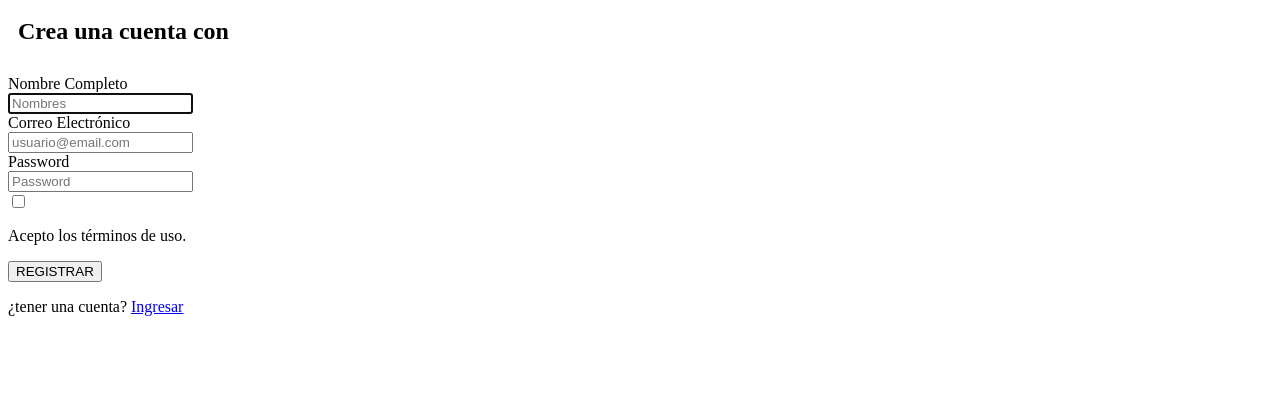
Repository: elrodriguez/trueque
Page: resources/views/livewire/auth/register.blade.php
These files come from the project's save history. The page is drawn as it stood at one moment and after the next save; the edit follows.
The browser window is 1280 px wide. The pictures show the whole page.
The page is served by the project's Laravel application, run on PHP 8.4 with Laravel 8. Other server files are loaded and not shown. The template is opened directly, without the code that normally fills it, so the values that code supplies are empty.

Above is the page before, as saved 2021-04-11 10:57:05.

### routes/web.php
<?php

use Illuminate\Support\Facades\Route;

/*
|--------------------------------------------------------------------------
| Web Routes
|--------------------------------------------------------------------------
|
| Here is where you can register web routes for your application. These
| routes are loaded by the RouteServiceProvider within a group which
| contains the "web" middleware group. Now create something great!
|
*/

Route::get('/', function () {
    return view('home.main');
});

Route::get('/login', function () {
    return view('auth.public-login');
})->name('login');
Route::get('/register', function () {
    return view('auth.public-register');
})->name('register');

Route::middleware(['auth:sanctum', 'verified'])->get('/dashboard', function () {
    return view('dashboard');
})->name('dashboard');

### resources/views/livewire/auth/register.blade.php
<div>
    <section class="login-registration-wrapper pt-50 pb-50">
        <div class="container">

            <div class="row justify-content-center">
                <div class="col-xl-5 col-lg-10">
                   <div class="login-registration-style-2 mt-50">
                       <h1 class="heading-4 font-weight-500 title primary-btn" style="padding: 10px;"><i class="mdi mdi-account-plus"></i> Crea una cuenta con</h1>
                       <div class="login-registration-form pt-10">
                           <form method="POST" action="{{ route('register') }}">
                                @csrf
                               <div class="single-form form-default form-border">
                                    <label>Nombre Completo</label>
                                    <div class="row">
                                        <div class="col-sm-12">
                                            <div class="form-input">
                                                <input type="text" placeholder="Nombres" id="name" name="name" :value="old('name')" required autofocus autocomplete="name">
                                                <i class="mdi mdi-account"></i>
                                            </div>
                                        </div>
                                        <!--div class="col-sm-6">
                                            <div class="form-input form">
                                                <input type="text" placeholder="Apellidos">
                                            </div>
                                        </div-->
                                    </div>
                                </div>
                               <div class="single-form form-default form-border">
                                    <label>Correo Electrónico</label>
                                    <div class="form-input">
                                        <input type="email" placeholder="usuario@email.com" id="email" name="email" :value="old('email')" required>
                                        <i class="mdi mdi-email"></i>
                                    </div>
                                </div>
                                <div class="single-form form-default form-border">
                                    <label>Password</label>
                                    <div class="form-input">
                                        <input type="password" placeholder="Password" id="password" name="password" required autocomplete="new-password">
                                        <i class="mdi mdi-lock"></i>
                                        <span toggle="#password" class="mdi mdi-eye-outline toggle-password"></span>
                                    </div>
                                </div>
                                <div class="single-checkbox checkbox-style-3">
                                    <input type="checkbox" id="login-9">
                                    <label for="login-9"><span></span> </label>
                                    <p>Acepto los términos de uso.</p>
                                </div>
                                <div class="single-form">
                                    <button class="main-btn primary-btn">REGISTRAR</button>
                                </div>
                           </form>
                       </div>
                       <div class="text-center">
                           <p class="login">¿tener una cuenta? <a href="login.html">Ingresar</a></p>
                       </div>
                   </div>
                </div>
            </div>
        </div>
    </section>
</div>

After the next save:
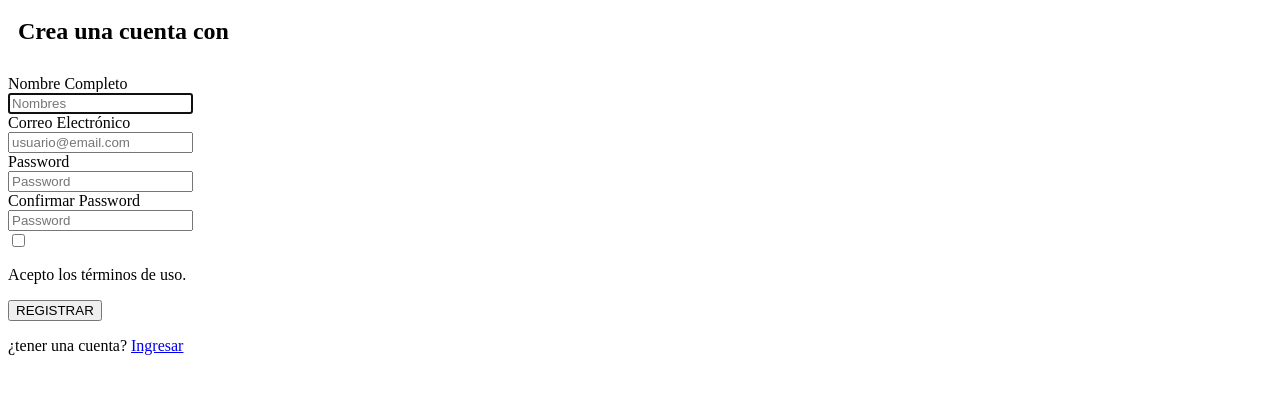
Saved 33 s later.
--- a/resources/views/livewire/auth/register.blade.php
+++ b/resources/views/livewire/auth/register.blade.php
@@ -40,6 +40,14 @@
                                         <span toggle="#password" class="mdi mdi-eye-outline toggle-password"></span>
                                     </div>
                                 </div>
+                                <div class="single-form form-default form-border">
+                                    <label>Confirmar Password</label>
+                                    <div class="form-input">
+                                        <input type="password" placeholder="Password" id="password" name="password" required autocomplete="new-password">
+                                        <i class="mdi mdi-lock"></i>
+                                        <span toggle="#password" class="mdi mdi-eye-outline toggle-password"></span>
+                                    </div>
+                                </div>
                                 <div class="single-checkbox checkbox-style-3">
                                     <input type="checkbox" id="login-9">
                                     <label for="login-9"><span></span> </label>
